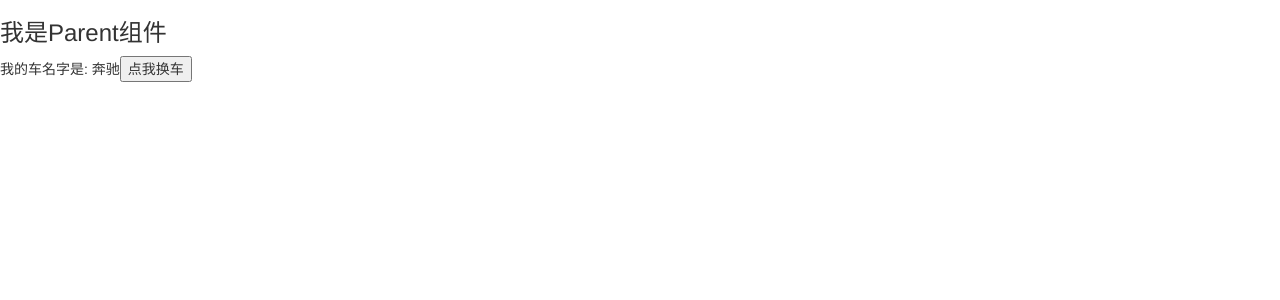
Repository: JinYiGao/ReactLearning
Page: / (app in 14.React脚手架/react_extension/)
These files come from the project's save history. The page is drawn as it stood at one moment and after the next save; the edit follows.
The browser window is 1280 px wide. The pictures show the whole page.
The project was rebuilt for these pictures with package versions that can differ from the ones it lists, and the page was loaded fresh each time. Also part of the build but not shown: 14.React脚手架/react_extension/src/components/5_Context/index.jsx.

Above is the page before, as saved 2022-04-12 23:41:04.

### 14.React脚手架/react_extension/public/index.html
<!--
 * @Descripttion:
 * @version:
 * @Author: JinYiGao
 * @Date: 2022-04-12 21:41:28
 * @LastEditors: JinYiGao
 * @LastEditTime: 2022-04-12 22:15:20
-->
<!DOCTYPE html>
<html lang="en">
  <head>
    <meta charset="utf-8" />
    <link rel="icon" href="%PUBLIC_URL%/favicon.ico" />
    <meta name="viewport" content="width=device-width, initial-scale=1" />
    <meta name="theme-color" content="#000000" />
    <meta
      name="description"
      content="Web site created using create-react-app"
    />
    <link rel="apple-touch-icon" href="%PUBLIC_URL%/logo192.png" />
    <!--
      manifest.json provides metadata used when your web app is installed on a
      user's mobile device or desktop. See https://developers.google.com/web/fundamentals/web-app-manifest/
    -->
    <link rel="manifest" href="%PUBLIC_URL%/manifest.json" />
    <!--
      Notice the use of %PUBLIC_URL% in the tags above.
      It will be replaced with the URL of the `public` folder during the build.
      Only files inside the `public` folder can be referenced from the HTML.

      Unlike "/favicon.ico" or "favicon.ico", "%PUBLIC_URL%/favicon.ico" will
      work correctly both with client-side routing and a non-root public URL.
      Learn how to configure a non-root public URL by running `npm run build`.
    -->
    <title>React App</title>
    <link rel="stylesheet" href="/css/bootstrap.css">
  </head>
  <body>
    <noscript>You need to enable JavaScript to run this app.</noscript>
    <div id="root"></div>
    <!--
      This HTML file is a template.
      If you open it directly in the browser, you will see an empty page.

      You can add webfonts, meta tags, or analytics to this file.
      The build step will place the bundled scripts into the <body> tag.

      To begin the development, run `npm start` or `yarn start`.
      To create a production bundle, use `npm run build` or `yarn build`.
    -->
  </body>
</html>

### 14.React脚手架/react_extension/src/index.js
/*
 * @Descripttion:
 * @version:
 * @Author: JinYiGao
 * @Date: 2022-04-12 21:41:28
 * @LastEditors: JinYiGao
 * @LastEditTime: 2022-04-12 22:06:10
 */
import {createRoot} from 'react-dom/client'
import { BrowserRouter } from 'react-router-dom';
import App from './App'

const root = createRoot(document.getElementById('root'));
root.render(<BrowserRouter><App></App></BrowserRouter>);

### 14.React脚手架/react_extension/src/App.js
/*
 * @Descripttion:
 * @version:
 * @Author: JinYiGao
 * @Date: 2022-04-12 21:41:28
 * @LastEditors: JinYiGao
 * @LastEditTime: 2022-04-12 23:40:15
 */
import React, { Component } from 'react'
// import Frag from './components/4_Fragment'
import A from './components/5_Context'
import Parent from './components/6_optimizes'
// import Hooks from './components/3_hooks'
// import Demo from './components/1_setState'
// import LazyLoad from './components/2_lazyLoad'

export default class App extends Component {
  render() {
    return (
      <div>
        {/* <Demo add={100}></Demo> */}
        {/* <LazyLoad></LazyLoad> */}
        {/* <Hooks></Hooks> */}
        {/* <Frag></Frag> */}
        {/* <A></A> */}
        <Parent></Parent>
      </div>
    )
  }
}

### 14.React脚手架/react_extension/src/components/6_optimizes/index.jsx
/*
 * @Descripttion:
 * @version:
 * @Author: JinYiGao
 * @Date: 2022-04-12 23:37:34
 * @LastEditors: JinYiGao
 * @LastEditTime: 2022-04-12 23:40:37
 */
import React, { Component } from 'react'

export default class Parent extends Component {
  state = {carName: '奔驰'}
  render() {
    return (
      <div>
          <h3>我是Parent组件</h3>
          <span>我的车名字是: {this.state.carName}</span>
          <button onClick={this.changeCar}>点我换车</button>
      </div>
    )
  }

  changeCar = ()=>{
      this.setState({carName: this.state.carName + '1'});
  }
}

class Child extends Component {
    render() {
      return (
        <div>
            <h3>我是Child组件</h3>
            <span>我接到的车是:</span>
        </div>
      )
    }
  }

Loaded but not shown: 14.React脚手架/react_extension/public/css/bootstrap.css (library)

After the next save:
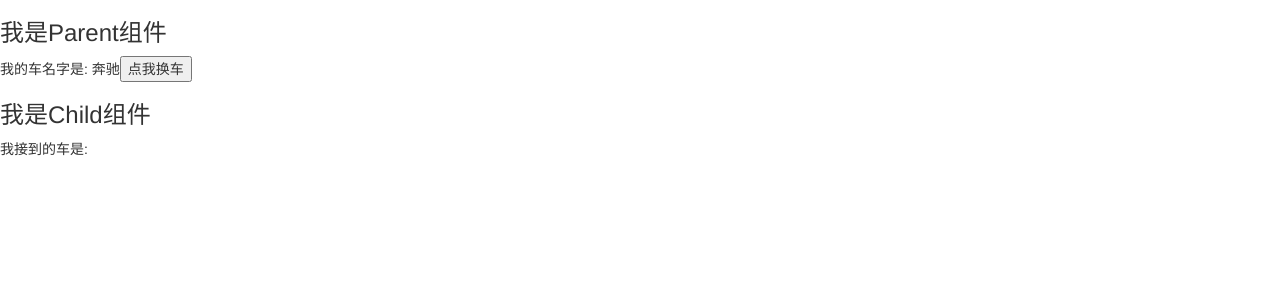
Saved 9 s later.
--- a/14.React脚手架/react_extension/src/components/6_optimizes/index.jsx
+++ b/14.React脚手架/react_extension/src/components/6_optimizes/index.jsx
@@ -16,6 +16,7 @@ export default class Parent extends Component {
           <h3>我是Parent组件</h3>
           <span>我的车名字是: {this.state.carName}</span>
           <button onClick={this.changeCar}>点我换车</button>
+          <Child></Child>
       </div>
     )
   }
